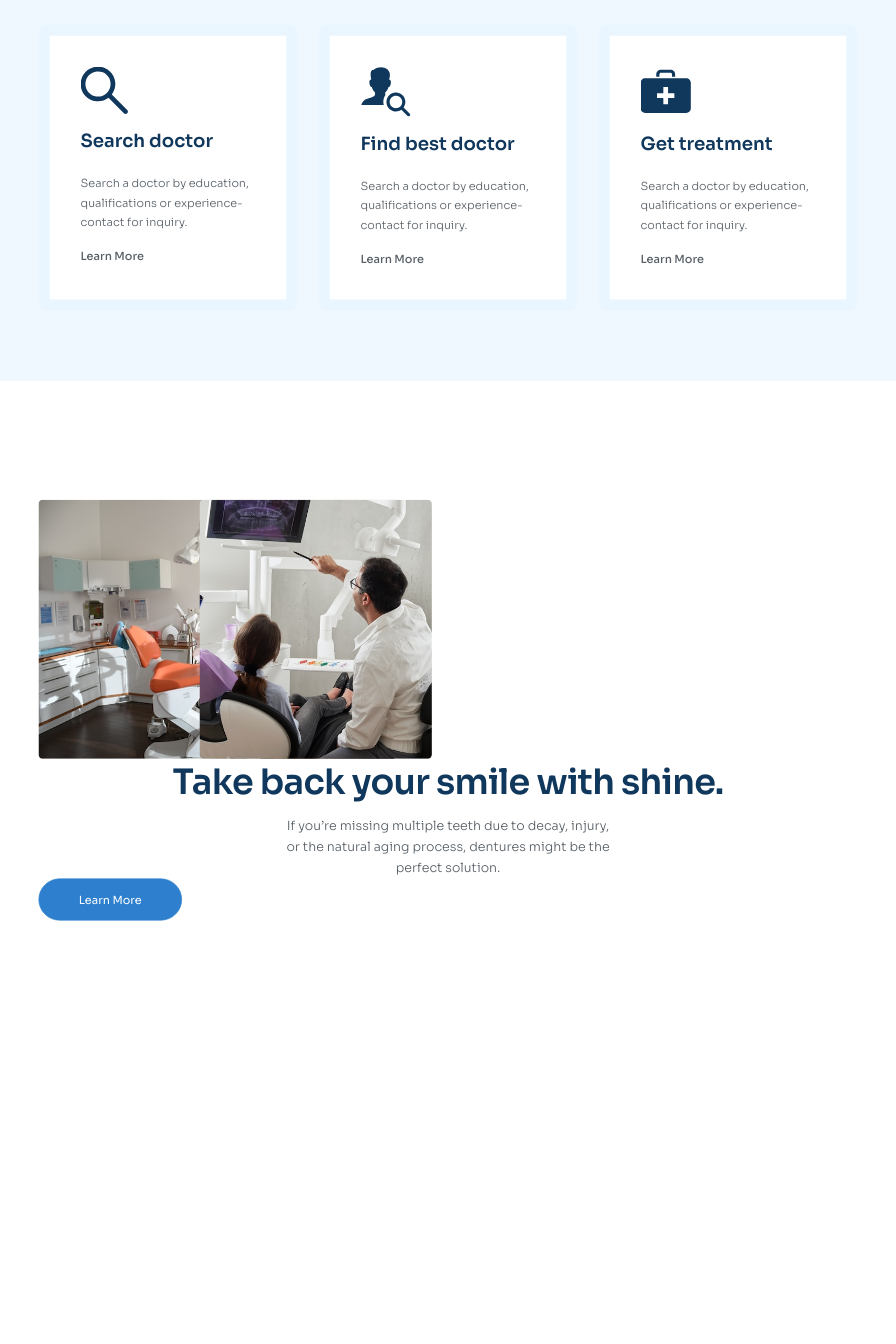
Repository: han2003dz/f8-project-03
Page: index.html
These files come from the project's save history. The page is drawn as it stood at one moment and after a run of saves; the edit follows.
The browser window is 1280 px wide. The pictures show the part of the page from y = 2160 to 4080 px (the page is 6000 px tall), at 70% of full size.

Above is the page before, as saved 2023-05-06 21:02:11.

### index.html
<!DOCTYPE html>
<html lang="en">

<head>
    <meta charset="UTF-8">
    <meta http-equiv="X-UA-Compatible" content="IE=edge">
    <meta name="viewport" content="width=device-width, initial-scale=1.0">
    <title>Shine Smile</title>
    <!-- favicon -->
    <link rel="apple-touch-icon" sizes="57x57" href="./assets/favicon/apple-icon-57x57.png">
    <link rel="apple-touch-icon" sizes="60x60" href="./assets/favicon/apple-icon-60x60.png">
    <link rel="apple-touch-icon" sizes="72x72" href="./assets/favicon/apple-icon-72x72.png">
    <link rel="apple-touch-icon" sizes="76x76" href="./assets/favicon/apple-icon-76x76.png">
    <link rel="apple-touch-icon" sizes="114x114" href="./assets/favicon/apple-icon-114x114.png">
    <link rel="apple-touch-icon" sizes="120x120" href="./assets/favicon/apple-icon-120x120.png">
    <link rel="apple-touch-icon" sizes="144x144" href="./assets/favicon/apple-icon-144x144.png">
    <link rel="apple-touch-icon" sizes="152x152" href="./assets/favicon/apple-icon-152x152.png">
    <link rel="apple-touch-icon" sizes="180x180" href="./assets/favicon/apple-icon-180x180.png">
    <link rel="icon" type="image/png" sizes="192x192" href="./assets/favicon/android-icon-192x192.png">
    <link rel="icon" type="image/png" sizes="32x32" href="./assets/favicon/favicon-32x32.png">
    <link rel="icon" type="image/png" sizes="96x96" href="./assets/favicon/favicon-96x96.png">
    <link rel="icon" type="image/png" sizes="16x16" href="./assets/favicon/favicon-16x16.png">
    <link rel="manifest" href="./assets/favicon/manifest.json">
    <meta name="msapplication-TileColor" content="#ffffff">
    <meta name="msapplication-TileImage" content="./assets/favicon/ms-icon-144x144.png">
    <meta name="theme-color" content="#ffffff">
    <!-- embed font -->
    <link rel="preconnect" href="https://fonts.googleapis.com">
    <link rel="preconnect" href="https://fonts.gstatic.com" crossorigin>
    <link href="https://fonts.googleapis.com/css2?family=Sora:wght@300;400;500;600;700&display=swap" rel="stylesheet">
    <!-- my css -->
    <link rel="stylesheet" href="/assets/css/reset.css">
    <link rel="stylesheet" href="/assets/css/style.css">
</head>

<body style="height: 6000px;">
    <header class="header">
        <div class="container">
            <!-- nav -->
            <div class="navigation">
                <a href="#!">
                    <div class="logo">
                        <span class="logo__circle"></span>
                        <span class="logo__text">
                            <span class="logo__brand">shine</span>
                            <span class="logo__brand logo__brand--small">smile</span>
                        </span>
                    </div>
                </a>
                <nav class="navbar">
                    <ul class="nav__list">
                        <li class="nav__item">
                            <a href="#!" class="nav__link nav__link--active">Home</a>
                        </li>
                        <li class="nav__item">
                            <a href="#!" class="nav__link">Services</a>
                        </li>
                        <li class="nav__item">
                            <a href="#!" class="nav__link">About</a>
                        </li>
                        <li class="nav__item">
                            <a href="#!" class="nav__link">Doctors</a>
                        </li>
                    </ul>
                </nav>
                <!-- action -->
                <div class="header-action">
                    <a href="#!" class="header-action__login">Log In</a>
                    <button href="#!" class="header-action__sign-up btn">Sign Up</button>
                </div>
            </div>
            <!-- hero -->
            <section class="hero">
                <!-- hero content -->
                <div class="hero__content">
                    <h1 class="hero__heading">Exceptional dental care for all ages.</h1>
                    <p class="hero__desc">Exceptional dental care for all ages. Your great smile begins with a great
                        dentist.</p>
                    <div class="hero__row">
                        <a href="#!" class="btn hero__btn">Book Online</a>
                        <span class="hero__phone">or call (123) 456-7890</span>
                    </div>
                </div>
                <div class="hero__media">
                    <figure class="hero__images">
                        <img src="./assets/img/img1__hero.jpg" alt="" class="hero__img">
                        <img src="./assets/img/img2__hero.jpg" alt="" class="hero__img">
                    </figure>
                </div>

            </section>
        </div>
    </header>
    <main>
        <!-- service -->
        <div class="service">
            <div class="container">
                <h2 class="section-heading">Our services</h2>
                <p class="section-desc">Exceptional dental care for all ages. Your great smile begins with a great
                    dentist.</p>
                <div class="service__row">
                    <figure>
                        <img src="./assets/img/service-img3.jpg" alt="" class="service__img">
                    </figure>
                    <div>
                        <div class="service__list">
                            <!-- item 1 -->
                            <section class="service-item">
                                <div class="service-item__icon">
                                    <!-- icon -->
                                    <svg width="22" height="24" viewBox="0 0 22 24" fill="none"
                                        xmlns="http://www.w3.org/2000/svg">
                                        <path
                                            d="M20.3598 2.63964C17.9506 -0.556131 14.2772 -0.568132 11.2481 1.10682C11.001 1.24657 10.7219 1.31411 10.4406 1.30222C10.1592 1.29033 9.88633 1.19945 9.65105 1.03931C8.49552 0.245717 7.29036 -0.316477 5.13904 0.207462C0.623408 1.3071 0 4.90379 0 8.99816C0.0797353 12.1602 0.500857 15.3032 1.25551 18.3683C2.11836 22.0168 3.90382 24 5.43354 24C6.96326 24 7.00963 22.2204 7.00963 20.8016C7.00963 19.2009 7.39505 14.8009 10.8642 14.8009C13.5317 14.8009 14.3333 18.4013 14.3333 20.8016C14.3329 23.095 15.1722 24 16.6628 24C19.5267 24 20.9796 15.3938 21.3719 13.1237C21.7642 10.8535 22.9882 6.12569 20.3598 2.63964Z"
                                            fill="currentColor" />
                                    </svg>
                                </div>
                                <div class="service-item__body">
                                    <h3 class="service-item__heading">Oral Surgery</h3>
                                    <p class="service-item__desc">
                                        Everything you expect and then some. Cleanings, fillings, and x-rays.
                                    </p>
                                </div>
                            </section>
                            <!-- item 2 -->
                            <section class="service-item">
                                <div class="service-item__icon">
                                    <!-- icon -->
                                    <svg width="22" height="24" viewBox="0 0 22 24" fill="none"
                                        xmlns="http://www.w3.org/2000/svg">
                                        <path
                                            d="M20.3598 2.63964C17.9506 -0.556131 14.2772 -0.568132 11.2481 1.10682C11.001 1.24657 10.7219 1.31411 10.4406 1.30222C10.1592 1.29033 9.88633 1.19945 9.65105 1.03931C8.49552 0.245717 7.29036 -0.316477 5.13904 0.207462C0.623408 1.3071 0 4.90379 0 8.99816C0.0797353 12.1602 0.500857 15.3032 1.25551 18.3683C2.11836 22.0168 3.90382 24 5.43354 24C6.96326 24 7.00963 22.2204 7.00963 20.8016C7.00963 19.2009 7.39505 14.8009 10.8642 14.8009C13.5317 14.8009 14.3333 18.4013 14.3333 20.8016C14.3329 23.095 15.1722 24 16.6628 24C19.5267 24 20.9796 15.3938 21.3719 13.1237C21.7642 10.8535 22.9882 6.12569 20.3598 2.63964Z"
                                            fill="currentColor" />
                                    </svg>
                                </div>
                                <div class="service-item__body">
                                    <h3 class="service-item__heading">Wisdom Teeth Removal</h3>
                                    <p class="service-item__desc">
                                        Everything you expect and then some. Cleanings, fillings, and x-rays.
                                    </p>
                                </div>
                            </section>
                            <!-- item 3 -->
                            <section class="service-item">
                                <div class="service-item__icon">
                                    <!-- icon -->
                                    <svg width="22" height="24" viewBox="0 0 22 24" fill="none"
                                        xmlns="http://www.w3.org/2000/svg">
                                        <path
                                            d="M20.3598 2.63964C17.9506 -0.556131 14.2772 -0.568132 11.2481 1.10682C11.001 1.24657 10.7219 1.31411 10.4406 1.30222C10.1592 1.29033 9.88633 1.19945 9.65105 1.03931C8.49552 0.245717 7.29036 -0.316477 5.13904 0.207462C0.623408 1.3071 0 4.90379 0 8.99816C0.0797353 12.1602 0.500857 15.3032 1.25551 18.3683C2.11836 22.0168 3.90382 24 5.43354 24C6.96326 24 7.00963 22.2204 7.00963 20.8016C7.00963 19.2009 7.39505 14.8009 10.8642 14.8009C13.5317 14.8009 14.3333 18.4013 14.3333 20.8016C14.3329 23.095 15.1722 24 16.6628 24C19.5267 24 20.9796 15.3938 21.3719 13.1237C21.7642 10.8535 22.9882 6.12569 20.3598 2.63964Z"
                                            fill="currentColor" />
                                    </svg>
                                </div>
                                <div class="service-item__body">
                                    <h3 class="service-item__heading">Preventative Dentistry</h3>
                                    <p class="service-item__desc">
                                        Everything you expect and then some. Cleanings, fillings, and x-rays.
                                    </p>
                                </div>
                            </section>
                        </div>
                        <a href="" class="btn service__btn">All Services</a>
                    </div>
                </div>
            </div>
        </div>
        <section class="work">
            <div class="container">
                <h2 class="section-heading heading__work">How it works</h2>
                <p class="section-desc desc__work">Exceptional dental care for all ages. Your great smile begins with a
                    great dentist.
                </p>
                <div class="work__list">
                    <!-- item 1 -->
                    <section class="work-item">
                        <img src="./assets/icon/search.svg" alt="" class="work-item__icon">
                        <h3 class="work-item__heading">Search doctor</h3>
                        <p class="work-item__desc">Search a doctor by education, qualifications or experience-contact
                            for inquiry.
                        </p>
                        <a href="#!" class="learn-more">Learn More</a>
                    </section>
                    <!-- item 2 -->
                    <section class="work-item">
                        <img src="./assets/icon/search-user.svg" alt="" class="work-item__icon">
                        <h3 class="work-item__heading">Find best doctor</h3>
                        <p class="work-item__desc">Search a doctor by education, qualifications or experience-contact
                            for inquiry.
                        </p>
                        <a href="#!" class="learn-more">Learn More</a>
                    </section>
                    <!-- item 3 -->
                    <section class="work-item">
                        <img src="./assets/icon/bag.svg" alt="" class="work-item__icon">
                        <h3 class="work-item__heading">Get treatment</h3>
                        <p class="work-item__desc">Search a doctor by education, qualifications or experience-contact
                            for inquiry.
                        </p>
                        <a href="#!" class="learn-more">Learn More</a>
                    </section>
                </div>
            </div>
        </section>
        <!-- feature -->
        <div class="feature">
            <div class="container">
                <div class="feature__media">
                    <figure class="feature__images">
                        <img src="./assets/img/feature-img1.jpg" alt="" class="feature__img">
                        <img src="./assets/img/feature-img2.jpg" alt="" class="feature__img">
                    </figure>
                </div>
                <section class="feature__content">
                    <h2 class="section-heading">Take back your smile with shine.</h2>
                    <p class="section-desc">If you’re missing multiple teeth due to decay, injury, or the natural aging
                        process, dentures might be the perfect solution.
                    </p>
                    <a href="#!" class="btn">Learn More</a>
                </section>
            </div>
        </div>
    </main>
    <script src="./assets/app.js"></script>
</body>

</html>

### assets/css/style.css
* {
  box-sizing: border-box;
}
html {
  font-size: 62.5%;
}
body {
  font-size: 1.6rem;
  font-family: "Sora", sans-serif;
}
/* common */
.container {
  width: 1170px;
  max-width: calc(100% - 48px);
  margin: 0 auto;
}
.navigation {
  display: flex;
  justify-content: space-between;
  align-items: center;
}
a {
  text-decoration: none;
}
:root {
  --header-bg: #10375c;
  --primary-color: #2e80ce;
  --height-btn: 60px;
}
.nav__link,
.header-action__login {
  padding: 5px 14px;
  font-size: 1.6rem;
  font-weight: 300;
  color: #c9d2da;
}
.header-action__login:hover,
.nav__link:hover,
.nav__link--active {
  text-shadow: 1px 0 0 #fff;
}
.btn {
  display: inline-block;
  min-width: 205px;
  height: var(--height-btn);
  padding: 0 20px;
  border: 1px solid var(--primary-color);
  line-height: var(--height-btn);
  border-radius: 999px;
  font-weight: 400;
  font-size: 1.6rem;
  text-align: center;
  color: #fff;
  background: var(--primary-color);
}
.btn:hover {
  opacity: 0.9;
  cursor: pointer;
}
/* header */
.header {
  padding-top: 30px;
  padding-bottom: 100px;
  min-height: 100vh;
  background: var(--header-bg);
}

.logo {
  /* 1em = 10px */
  font-size: 1rem;
  position: relative;
  display: inline-flex;
  align-items: center;
}
.logo__circle::before,
.logo__circle::after {
  display: inline-block;
  content: "";
  border-radius: 50%;
}
.logo__circle::before {
  width: 3em;
  height: 3em;
  background: var(--primary-color);
}
.logo__circle::after {
  width: 1.6em;
  height: 1.6em;
  background: #fff;
  position: absolute;
  top: 1.1em;
  left: 1.1em;
}
.logo__text {
  margin-left: 0.6em;
  text-align: right;
  line-height: 1.6em;
}
.logo__brand {
  display: block;
  font-weight: 400;
  font-size: 1.8em;
  color: #fff;
}
.logo__brand--small {
  font-size: 1.2em;
  font-weight: 300;
}
/* navbar */
.navbar .nav__list {
  display: flex;
}
.nav__link {
  padding: 5px 21px;
}
.nav__link--active {
  pointer-events: none;
}
.nav__link--active::before {
  position: relative;
  left: -8px;
  bottom: 2px;
  content: "";
  display: inline-block;
  width: 6px;
  height: 6px;
  background: #fff;
  border-radius: 50%;
}
/* header-action */
.header-action {
  display: flex;
  align-items: center;
}
.header-action__login {
  margin-right: 7px;
}
.header-action__sign-up {
  min-width: 120px;
}
/* hero */
.hero {
  display: flex;
  margin-top: 76px;
  align-items: center;
}
.hero__content {
  /* giải quyết vấn đề co nhỏ */
  flex-shrink: 0;
  width: 44%;
}
.hero__media {
  flex-grow: 1;
}
.hero__heading {
  font-weight: 600;
  font-size: 7rem;
  line-height: 1.14;
  /* or 114% */
  letter-spacing: -0.02em;
  color: #ffffff;
}
.hero__desc {
  font-weight: 300;
  font-size: 1.8rem;
  line-height: 1.67;
  /* or 167% */
  color: #c9d2da;
  margin-top: 22px;
  margin-bottom: 38px;
}
.hero__phone {
  font-weight: 400;
  font-size: 1.8rem;
  line-height: 1.67;
  color: #fff;
}
.hero__row {
  display: flex;
  align-items: center;
  gap: 38px;
}
.hero__images {
  display: flex;
  align-items: center;
  justify-content: flex-end;
}
.hero__img {
  width: 330px;
  height: 500px;
  border-radius: 6px;
  object-fit: cover;
}
.hero__img:last-child {
  width: 210px;
  height: 400px;
}
/* service */
.service {
  padding: 170px 0;
}
.section-heading,
.section-desc {
  text-align: center;
}
.section-heading {
  font-weight: 600;
  font-size: 5rem;
  line-height: 1.2;
  /* identical to box height, or 120% */
  letter-spacing: -0.02em;
  color: #10375c;
  margin-bottom: 18px;
}
.section-desc {
  font-weight: 300;
  font-size: 1.8rem;
  line-height: 1.67;
  /* or 167% */
  margin: 0 auto;
  color: #575f66;
  max-width: 468px;
}
.service__row {
  margin-top: 70px;
  display: flex;
  justify-content: space-between;
  align-items: center;
}
.service__img {
  width: 570px;
  height: 570px;
  object-fit: cover;
  border-radius: 12px;
}
.service-item {
  display: flex;
  max-width: 420px;
  height: 128px;
  background: #ffffff;
  border-radius: 10px;
  align-items: center;
}
.service-item:hover {
  box-shadow: 0px 14px 28px rgba(0, 0, 0, 0.05);
  border-radius: 10px;
  cursor: pointer;
  position: relative;
}
.service-item:hover .service-item__icon {
  background: #2e80ce;
  box-shadow: 0px 8px 16px rgba(40, 155, 222, 0.15);
  color: #fff;
}
.service-item__heading {
  font-weight: 600;
  font-size: 1.8rem;
  line-height: 1.27;
  /* identical to box height */
  color: #10375c;
  margin-bottom: 8px;
}
.service-item__desc {
  font-weight: 300;
  font-size: 1.6rem;
  line-height: 1.75;
  /* or 175% */
  color: #575f66;
  max-width: 308px;
}
.service-item__icon {
  display: flex;
  justify-content: center;
  align-items: center;
  margin-right: 19px;
  margin-left: 22px;
  flex-shrink: 0;
  width: 60px;
  height: 60px;
  border-radius: 50%;
  background: #eff6fd;
  box-shadow: 0px 8px 16px rgba(0, 0, 0, 0.05);
  color: #10375c;
}
.service-item__body {
  margin-left: 20px;
}
.service__btn {
  margin-top: 55px;
}
/* work */
.work {
  padding: 100px 0;
  background: #f0f8ff;
}
.heading__work,
.desc__work {
  text-align: left;
  margin: 0;
}
.desc__work {
  margin-top: 18px;
}
.work__list {
  display: grid;
  grid-template-columns: repeat(3, 1fr);
  margin-top: 70px;
  column-gap: 30px;
}
.work-item{
  padding: 44px;
  border-radius: 12px;
  border: 16px solid #EAF6FF;
  background: #fff;
  transition: .25s;
}
.work-item:hover{
  border: 16px solid var(--primary-color);
  transform: translateY(-16px);
}
.work-item__heading {
  margin-top: 18px;
  font-weight: 600;
  font-size: 2.6rem;
  line-height: 1.38;
  /* identical to box height, or 138% */
  color: var(--header-bg);
}
.work-item__desc, .learn-more {
  margin-top: 28px;
  font-weight: 300;
  font-size: 16px;
  line-height: 28px;
  /* or 175% */
  color: #575f66;
}
.learn-more{
  display: inline-block;
  margin-top: 20px;
  font-weight: 500;
}
.learn-more:hover{
  font-weight: 600;
  color: #2e80ce;
  transition: 0.2s;
  transform: translateY(-3px);
}
/* feature */
.feature{
  margin-top: 85px;
  padding: 85px 0;
}
.feature__media{
  width: 48%;
}
.feature__images{
  position: relative;
}
.feature__img{
  width: 512px;
  height: 370px;
  border-radius: 6px;
  object-fit: cover;
}
.feature__img:last-child{
  width: 332px;
  position: absolute;
  right: 0;
  b-1
}

### assets/app.js
const navItems = document.querySelectorAll(".nav__link");
function handleClickNav(event){
    [...navItems].forEach(item => item.classList.remove("nav__link--active"));
    event.target.classList.add("nav__link--active");
    console.log(event.target);
}
[...navItems].forEach(item => item.addEventListener("click", handleClickNav));

Loaded but not shown: assets/css/reset.css (common file)

After the next 2 saves:
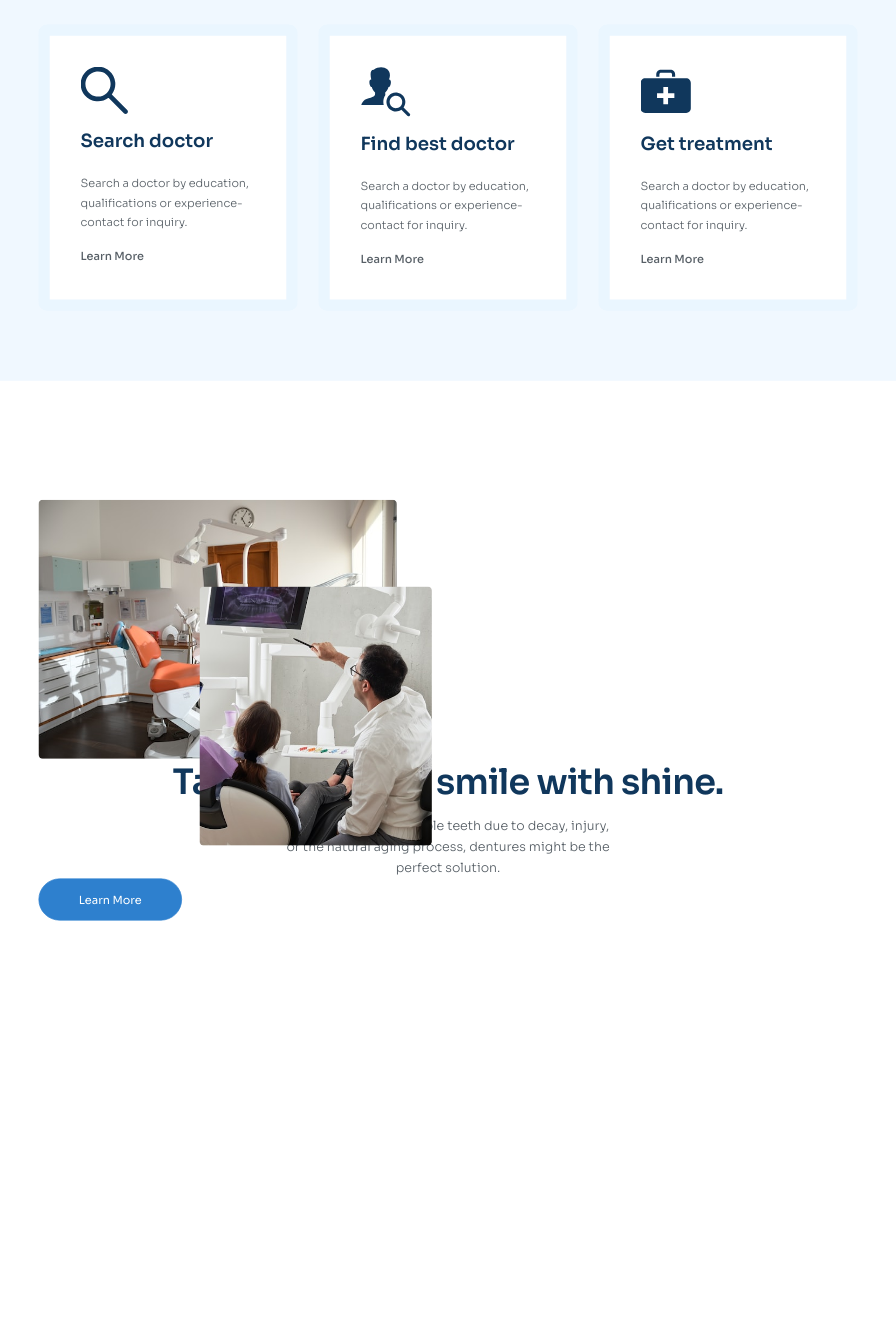
The 2 saves are shown as one change because they came seconds apart.
The last was saved 11 s later.
--- a/assets/css/style.css
+++ b/assets/css/style.css
@@ -366,5 +366,5 @@ a {
   width: 332px;
   position: absolute;
   right: 0;
-  b-1
-}
+  bottom: -121px;
+}
